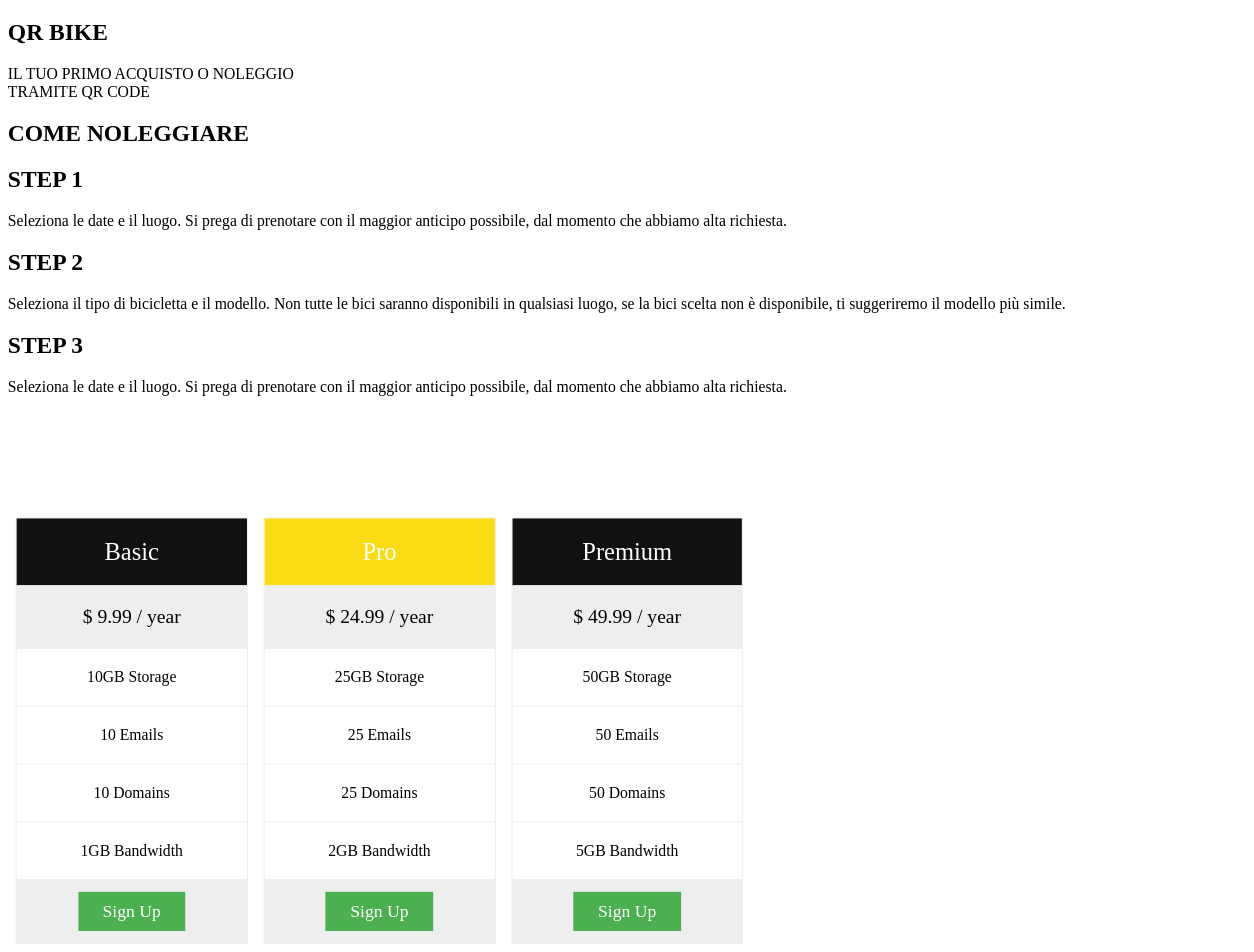
Repository: andrealepori/qrbike
Page: noleggio.html
These files come from the project's save history. The page is drawn as it stood at one moment and after the next save; the edit follows.
The browser window is 1280 px wide. The pictures show the whole page, at 98% of full size.

Above is the page before, as saved 2020-09-18 09:21:51.

### noleggio.html
<!DOCTYPE html>
<html lang="en">
<head>
    <meta charset="UTF-8">
    <meta name="viewport" content="width=device-width, initial-scale=1.0">
    <title>Home - QR BIKE</title>


	<link type="text/css" rel="stylesheet" href="css/style.css" />

	<link type="text/css" rel="stylesheet" href="css/calendario.css" />

</head>
<body>



  <section id="hero1" class="hero">





    <div class="inner">

      <h1 class="yellowtitle"> QR BIKE</h1>
      <p class="subtitle">IL TUO PRIMO ACQUISTO O NOLEGGIO <br> TRAMITE QR CODE</p>
      </div>

  </section>




<section>

      <h1 class="titolo">COME NOLEGGIARE </h1>

    </div>
    </div>
  </section>



  <div class="support-grid"></div>

  <section class="grid-1">
    <div class="item-1">
      <h1 class="step"><bold>STEP 1</bold> </h1>


      <p class="nero">
        Seleziona le date e il luogo.
        Si prega di prenotare con il maggior anticipo possibile,
         dal momento che abbiamo alta richiesta. </p>
    </div>
    <div class="item-2">

      <h1 class="step"><bold>STEP 2</bold> </h1>


      <p class="nero">
        Seleziona il tipo di bicicletta e il modello.
         Non tutte le bici saranno disponibili in qualsiasi luogo, se la bici scelta non è disponibile,
        ti suggeriremo il modello più simile.
        </p>


    </div>
    <div class="item-3">


      <h1 class="step"><bold>STEP 3
      </bold> </h1>


      <p class="nero">
        Seleziona le date e il luogo.
        Si prega di prenotare con il maggior anticipo possibile,
                dal momento che abbiamo alta richiesta.

        </p>


    </div></section>
    <div class="posizione">
        <div class="columns">
      <ul class="price">
        <li class="header">Basic</li>
        <li class="grey">$ 9.99 / year</li>
        <li>10GB Storage</li>
        <li>10 Emails</li>
        <li>10 Domains</li>
        <li>1GB Bandwidth</li>
        <li class="grey"><a href="#" class="button">Sign Up</a></li>
      </ul>
    </div>

    <div class="columns">
      <ul class="price">
        <li class="header" style="background-color: #FADC15;">Pro</li>
        <li class="grey">$ 24.99 / year</li>
        <li>25GB Storage</li>
        <li>25 Emails</li>
        <li>25 Domains</li>
        <li>2GB Bandwidth</li>
        <li class="grey"><a href="#" class="button">Sign Up</a></li>
      </ul>
    </div>

    <div class="columns">
      <ul class="price">
        <li class="header">Premium</li>
        <li class="grey">$ 49.99 / year</li>
        <li>50GB Storage</li>
        <li>50 Emails</li>
        <li>50 Domains</li>
        <li>5GB Bandwidth</li>
        <li class="grey"><a href="#" class="button">Sign Up</a></li>
      </ul>
    </div>



  </div>


















</body>

<script src="js/calendario.js"></script>


</html>

### css/calendario.css
* {
    box-sizing: border-box;
}

/* Create three columns of equal width */
.columns {
    float: left;
    width: 20%;
    padding: 8px;
}

.posizione{
    padding-top: 100px;
}

/* Style the list */
.price {
    list-style-type: none;
    border: 1px solid #eee;
    margin: 0;
    padding: 0;
    -webkit-transition: 0.3s;
    transition: 0.3s;
}

/* Add shadows on hover */
.price:hover {
    box-shadow: 0 8px 12px 0 rgba(0,0,0,0.2)
}

/* Pricing header */
.price .header {
    background-color: #111;
    color: white;
    font-size: 25px;
}

/* List items */
.price li {
    border-bottom: 1px solid #eee;
    padding: 20px;
    text-align: center;
}

/* Grey list item */
.price .grey {
    background-color: #eee;
    font-size: 20px;
}

/* The "Sign Up" button */
.button {
    background-color: #4CAF50;
    border: none;
    color: white;
    padding: 10px 25px;
    text-align: center;
    text-decoration: none;
    font-size: 18px;
}

/* Change the width of the three columns to 100%
(to stack horizontally on small screens) */
@media only screen and (max-width: 600px) {
    .columns {
        width: 100%;
    }
    .posizione{
        padding-top: 100px;
    }

}

Loaded but not shown: style.css (no stored copy; drawn as an empty file); js/calendario.js (no stored copy; drawn as an empty file)

After the next save:
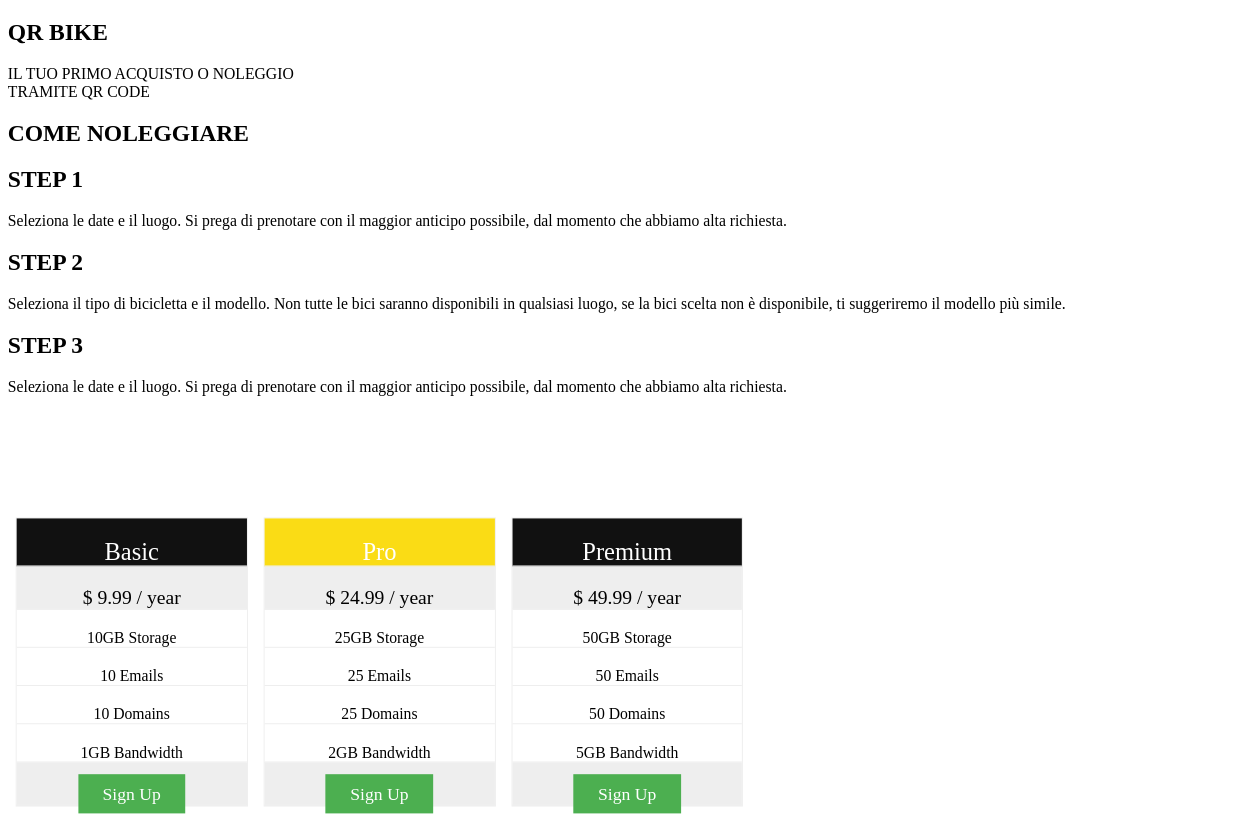
Saved 100 s later.
--- a/css/calendario.css
+++ b/css/calendario.css
@@ -38,7 +38,8 @@
 /* List items */
 .price li {
     border-bottom: 1px solid #eee;
-    padding: 20px;
+    padding-top: 20px;
+    padding-button: 20px;
     text-align: center;
 }
 

After the save that followed:
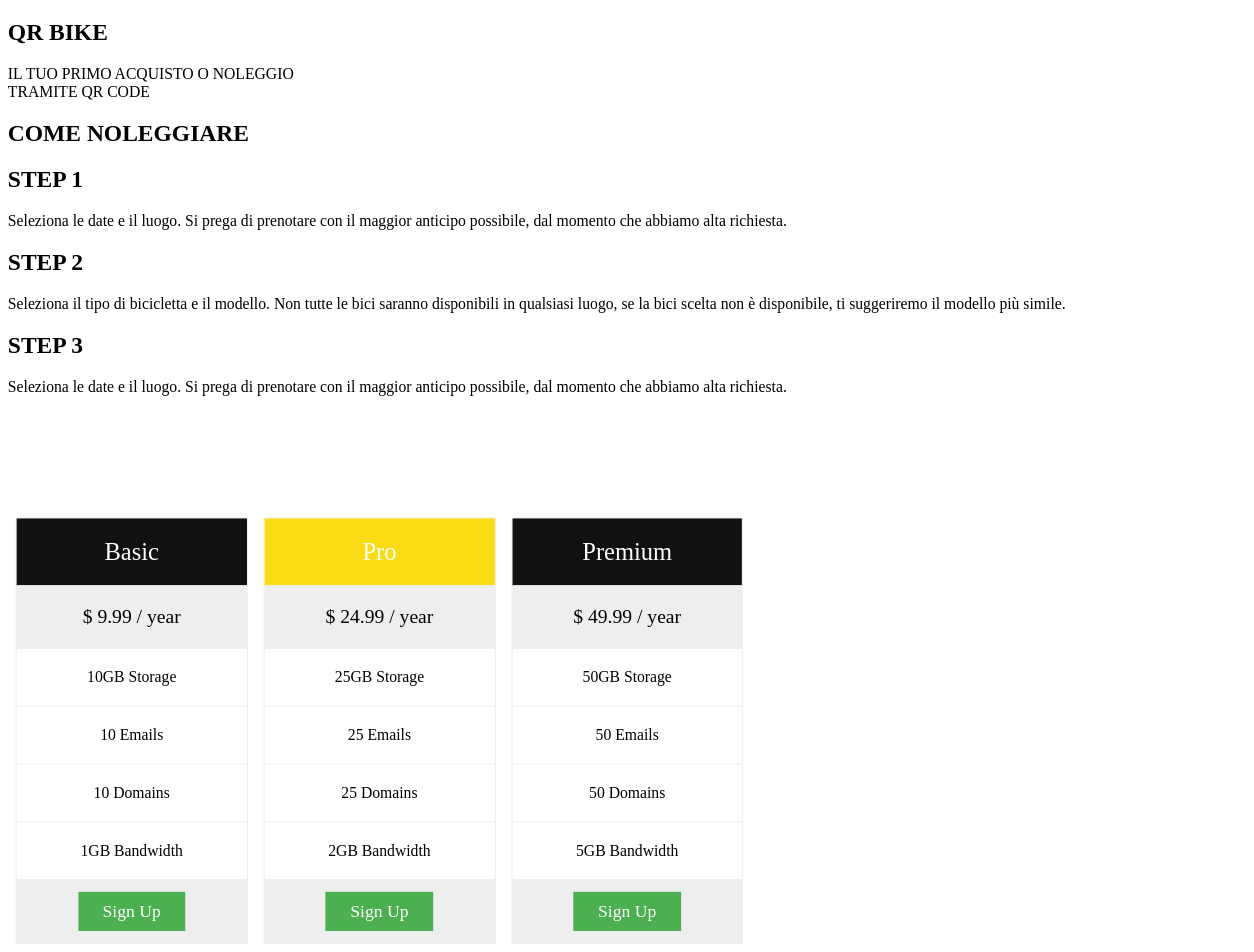
Saved 8 s later.
--- a/css/calendario.css
+++ b/css/calendario.css
@@ -39,7 +39,7 @@
 .price li {
     border-bottom: 1px solid #eee;
     padding-top: 20px;
-    padding-button: 20px;
+    padding-bottom: 20px;
     text-align: center;
 }
 
